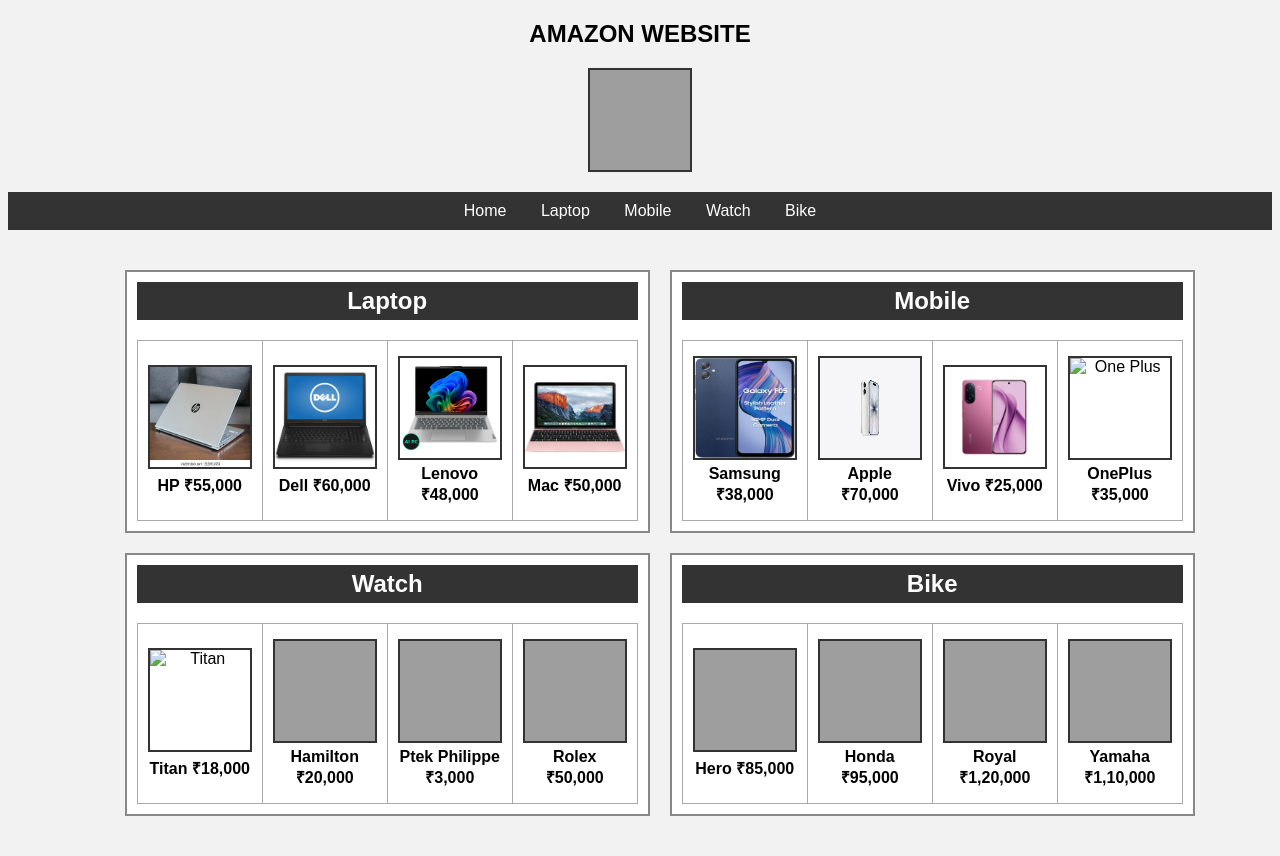
Repository: Glory998/ELCE1-32
Page: amazonitems.html
The author's editor kept a copy of each file at every save. The page is drawn from the files as they stood at one save, then again after the next save.
The browser window is 1280 px wide. The pictures show the whole page.
Pictures or frames that could not be fetched are drawn as grey boxes.

Above is the page before, as saved 2025-11-08 13:05:02.
Not found: one plus mobile.jpg

After the next save:
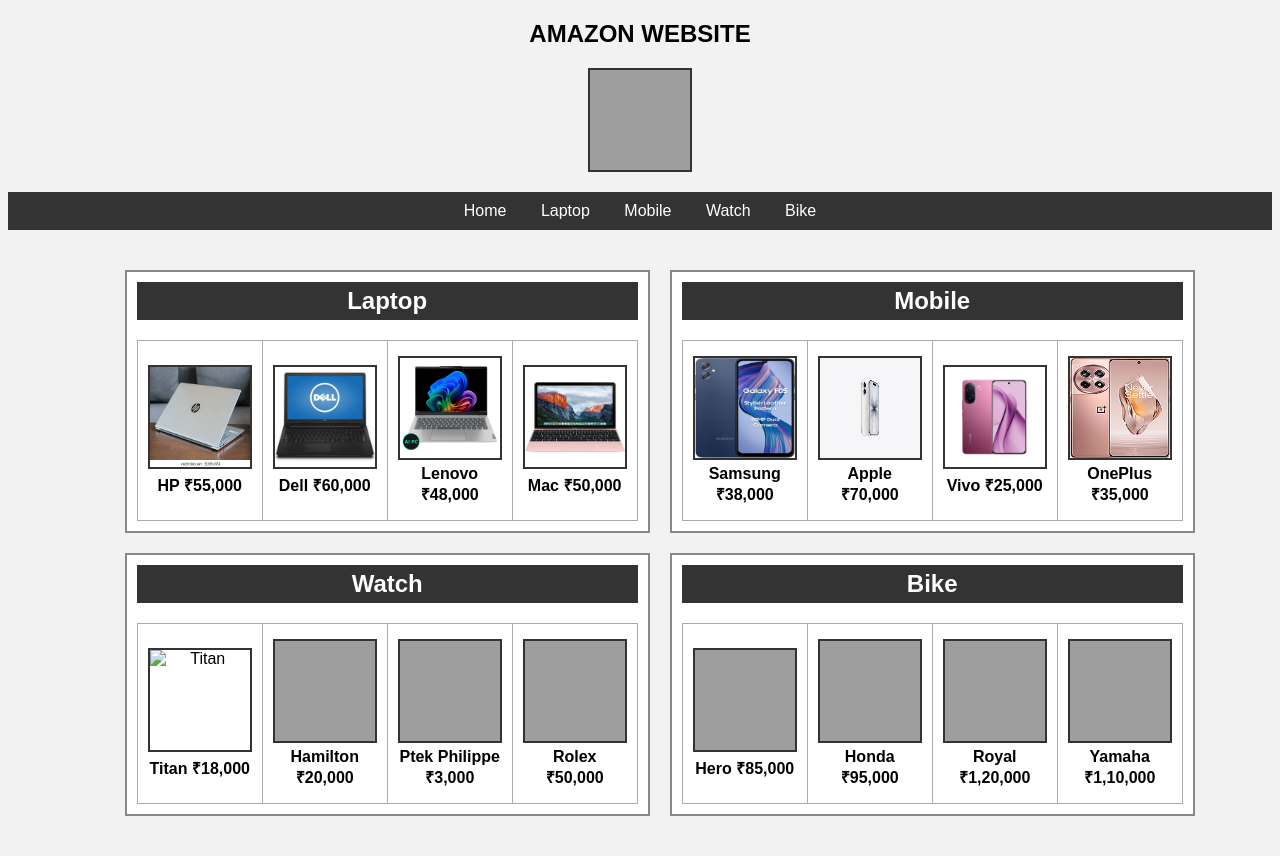
Saved 26 s later.
--- a/amazonitems.html
+++ b/amazonitems.html
@@ -166,7 +166,7 @@
           <td><img src="samsumg mobile.webp" alt="Samsung"><p>Samsung ₹38,000</p></td>
           <td><img src="apple phone.webp" alt="Apple"><p>Apple ₹70,000</p></td>
           <td><img src="vivo phone.webp" alt=""><p>Vivo ₹25,000</p></td>
-          <td><img src="one plus mobile.jpg" alt="One Plus"><p>OnePlus ₹35,000</p></td>
+          <td><img src="oneplus mobile.jpg" alt="One Plus"><p>OnePlus ₹35,000</p></td>
         </tr>
       </table>
     </div>
